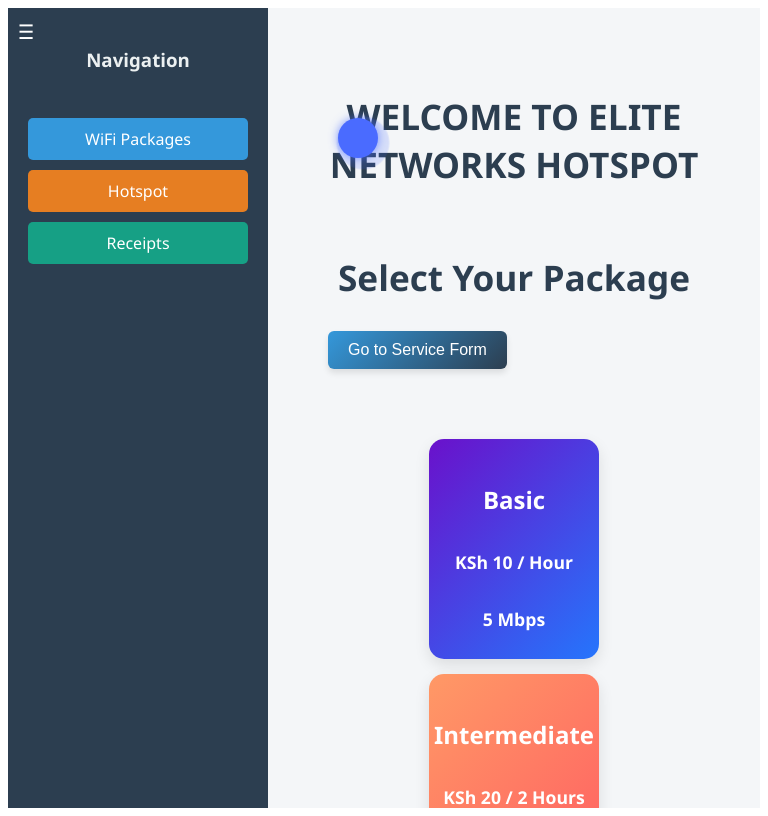
Repository: rachel648/system_Bill
Page: / (app in client/)
The author's editor kept a copy of each file at every save. The page is drawn from the files as they stood at one save, then again after the next save.
The browser window is 768 px wide. The pictures show the whole page.
The page's requests for data from a server got no answer. An inner scrolling area shows only its first screen. The project was rebuilt for these pictures with package versions that can differ from the ones it lists, and the page was loaded fresh each time. No one was signed in, and anything a server would have sent is missing. Also part of the build but not shown: client/src/components/ServiceForm.js, client/src/Hotspot.css, client/src/Hotspot.js, client/src/admin.js. Imported but missing from the stored project, and not drawn on this page: client/src/Receipts.

Above is the page before, as saved 2025-07-11 01:04:20.

After the next save:
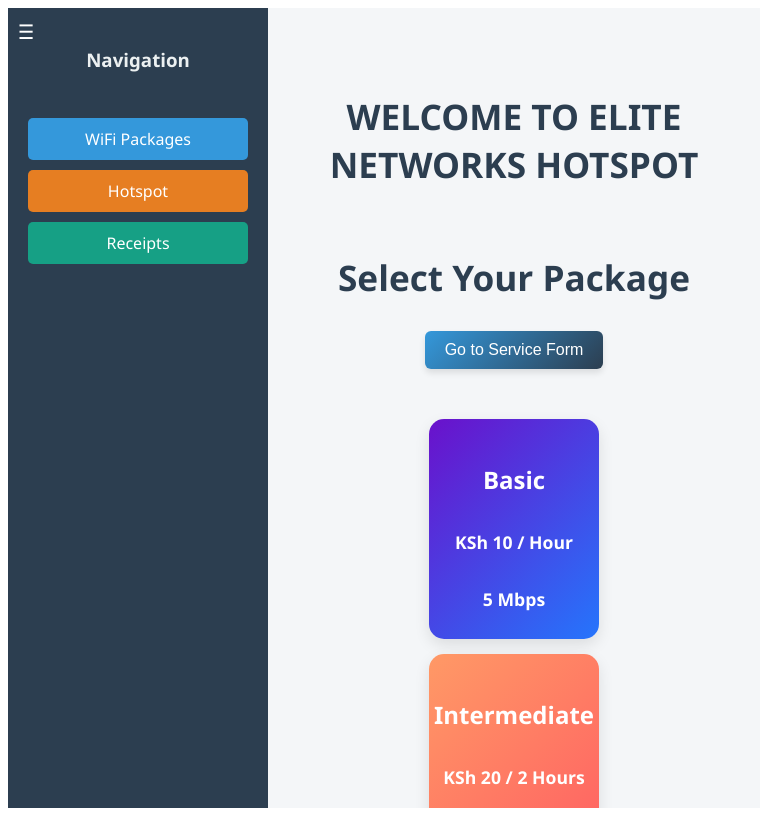
Saved 51 s later.
--- a/client/src/Packages.css
+++ b/client/src/Packages.css
@@ -12,7 +12,7 @@
   font-size: 2.2rem;
 }
 
-/* Logo styles */
+/* Header and Logo styles */
 .header-container {
   display: flex;
   align-items: center;
@@ -24,58 +24,54 @@
 .logo-container {
   position: absolute;
   left: 20px;
-}
-
-.animated-logo {
-  position: relative;
-  width: 60px;
-  height: 60px;
-}
-
-/* Option 1: CSS-only logo (animated) */
-.logo-circle {
-  width: 50px;
-  height: 50px;
-  background-color: #4a6bff;
-  border-radius: 50%;
-  position: absolute;
-  z-index: 2;
-  box-shadow: 0 0 10px rgba(74, 107, 255, 0.7);
-}
-
-.logo-pulse {
-  position: absolute;
-  width: 60px;
-  height: 60px;
-  background-color: rgba(74, 107, 255, 0.4);
-  border-radius: 50%;
-  z-index: 1;
-  animation: pulse 2s infinite;
-}
-
-/* Option 2: Image logo - uncomment this and comment the CSS logo above to use an image */
-/*
-.logo-image {
-  width: 60px;
-  height: 60px;
-  object-fit: contain;
-  animation: pulse 1.5s infinite alternate;
-}
-*/
-
-@keyframes pulse {
-  0% {
-    transform: scale(0.8);
-    opacity: 0.7;
-  }
-  70% {
-    transform: scale(1.1);
-    opacity: 0.4;
-  }
-  100% {
-    transform: scale(0.8);
-    opacity: 0.4;
-  }
+  cursor: pointer;
+  z-index: 100;
+}
+
+.hamburger-menu {
+  width: 30px;
+  height: 24px;
+  display: flex;
+  flex-direction: column;
+  justify-content: space-between;
+}
+
+.hamburger-line {
+  width: 100%;
+  height: 3px;
+  background-color: #2c3e50;
+  transition: all 0.3s ease;
+}
+
+/* Navigation content - initially hidden */
+.nav-content {
+  max-height: 0;
+  overflow: hidden;
+  opacity: 0;
+  transition: all 0.3s ease;
+}
+
+.nav-content.expanded {
+  max-height: 200px;
+  opacity: 1;
+}
+
+/* Hamburger menu animation */
+.logo-container .hamburger-line:nth-child(1) {
+  transform-origin: top left;
+}
+.logo-container .hamburger-line:nth-child(3) {
+  transform-origin: bottom left;
+}
+
+.logo-container.expanded .hamburger-line:nth-child(1) {
+  transform: rotate(45deg) translate(5px, -3px);
+}
+.logo-container.expanded .hamburger-line:nth-child(2) {
+  opacity: 0;
+}
+.logo-container.expanded .hamburger-line:nth-child(3) {
+  transform: rotate(-45deg) translate(5px, 3px);
 }
 
 /* Service form button */
@@ -89,6 +85,8 @@
   cursor: pointer;
   transition: all 0.3s ease;
   box-shadow: 0 4px 6px rgba(0, 0, 0, 0.1);
+  display: block;
+  margin: 0 auto 20px;
 }
 
 .service-form-button:hover {
@@ -324,21 +322,6 @@ input[type="tel"]:focus {
   .logo-container {
     left: 10px;
   }
-
-  .animated-logo {
-    width: 50px;
-    height: 50px;
-  }
-
-  .logo-circle {
-    width: 40px;
-    height: 40px;
-  }
-
-  .logo-pulse {
-    width: 50px;
-    height: 50px;
-  }
 }
 
 @media (max-width: 480px) {
